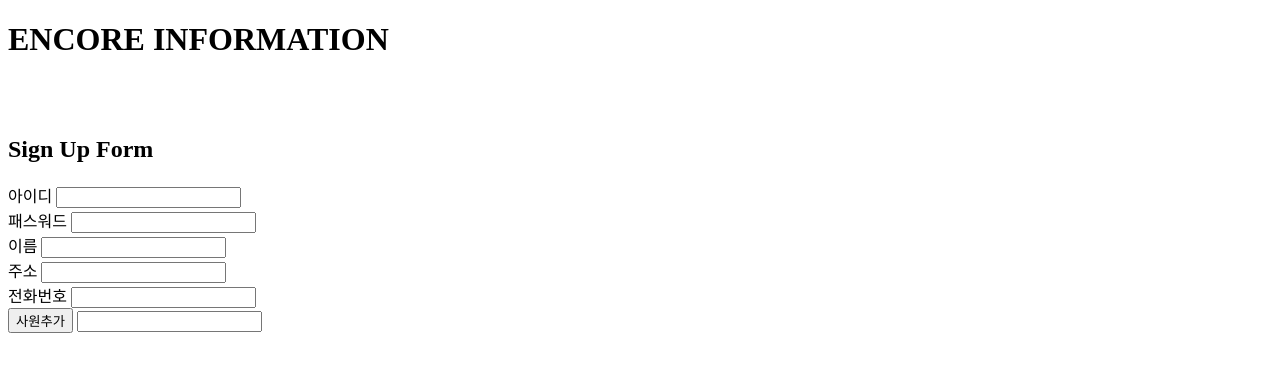
Repository: KangHoi/encore_vueWorkspace
Page: vue03_Event/WebContent/vue10_example.html
The author's editor kept a copy of each file at every save. The page is drawn from the files as they stood at one save, then again after the next save.
The browser window is 1280 px wide. The pictures show the whole page.

Above is the page before, as saved 2021-07-13 01:05:40.

### vue03_Event/WebContent/vue10_example.html
<!DOCTYPE html>
<html>
<head>
<meta charset="UTF-8">
<title>Insert title here</title>
<script src="https://cdn.jsdelivr.net/npm/vue/dist/vue.js"></script>
</head>
<body>
<div id ="app">
	<h1> ENCORE INFORMATION </h1>
	<br><br>
	<h2> Sign Up Form </h2>
	아이디 <input v-model="id" v-if="id==null" type="text"><br>
	패스워드 <input  v-model="password" v-if="password==null" type="text"><br>
	이름 <input v-model="name" type="text"><br>
	주소 <input v-model="address" type="text"><br>
	전화번호 <input v-model="phoneNumber" type="text"><br>
	<button>사원추가</button> <input type="text">


	<fieldset id="display" v-if="displayInfo">
		<span v-html="id"></span>
		<span v-html="password"></span>
		<span v-html="name"></span>
		<span v-html="address"></span>
		<span v-html="phoneNumber"></span>
	</fieldset>

</div>
<script>
		var model = {
				id:'',
				password:'',
				}
		var app = new Vue({
			el: '#app',
			computed: {
				displayInfo: function(){
					return this.id;
					return this.password;
					return this.name;
					return this.address;
					return this.phoneNumber;
				}
			}
		});

</script>
</body>
</html>

After the next save:
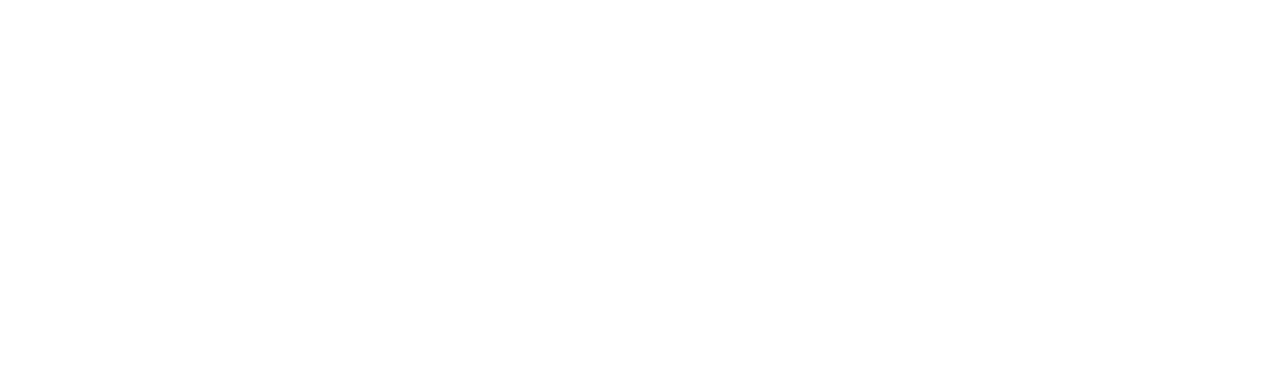
Saved 9 min 16 s later.
--- a/vue03_Event/WebContent/vue10_example.html
+++ b/vue03_Event/WebContent/vue10_example.html
@@ -36,7 +36,7 @@
 			el: '#app',
 			computed: {
 				displayInfo: function(){
-					return this.id;
+					return this.id.value();
 					return this.password;
 					return this.name;
 					return this.address;

After the save that followed:
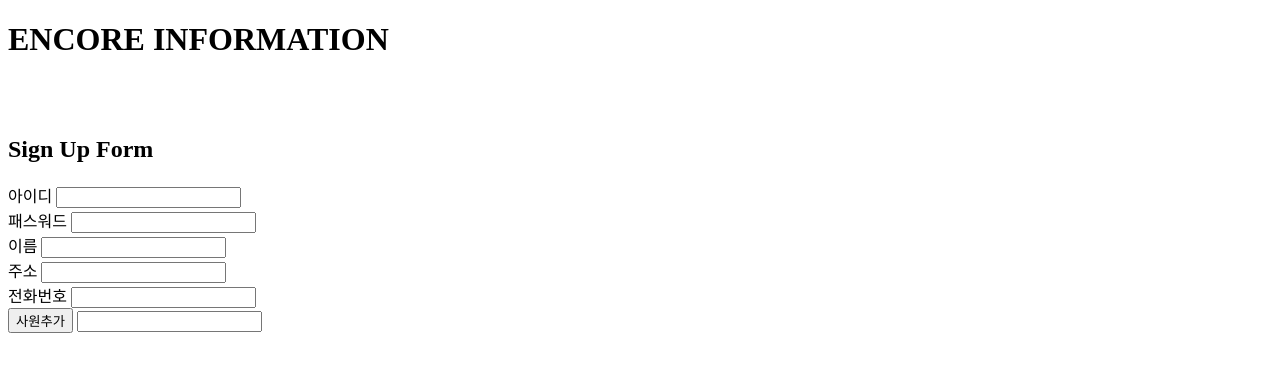
Saved 37 s later.
--- a/vue03_Event/WebContent/vue10_example.html
+++ b/vue03_Event/WebContent/vue10_example.html
@@ -36,7 +36,7 @@
 			el: '#app',
 			computed: {
 				displayInfo: function(){
-					return this.id.value();
+					return this.id;
 					return this.password;
 					return this.name;
 					return this.address;
